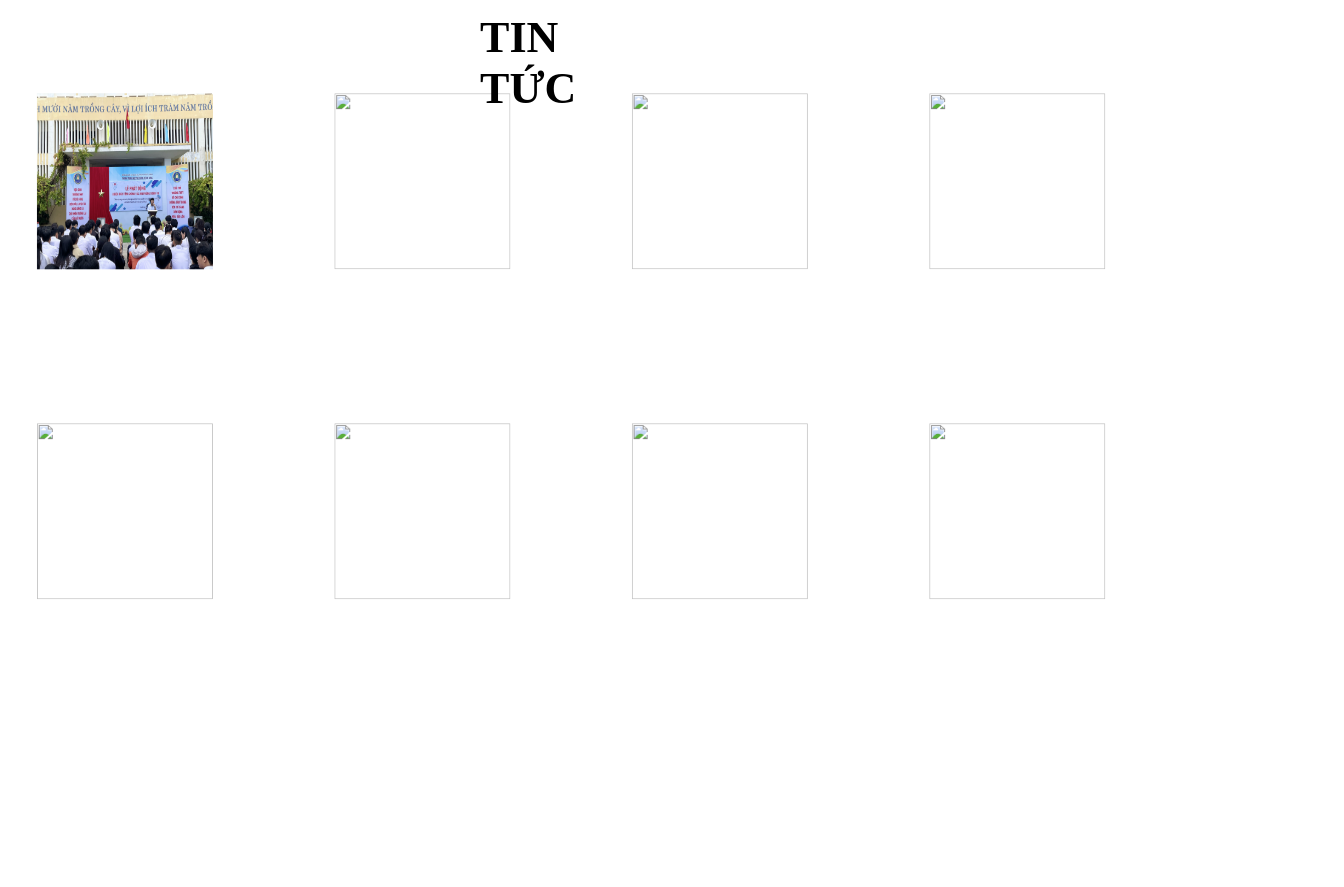
Repository: dphasst17/THPTVCC
Page: new/new_content/new_content_home.html
The author's editor kept a copy of each file at every save. The page is drawn from the files as they stood at one save, then again after the next save.
The browser window is 1280 px wide. The page is 1527 px wide, so the pictures cover 1527 px, including what lies to the right of the window. The pictures show the whole page, at 88% of full size.

Above is the page before, as saved 2022-10-13 09:42:15.

After the next save:
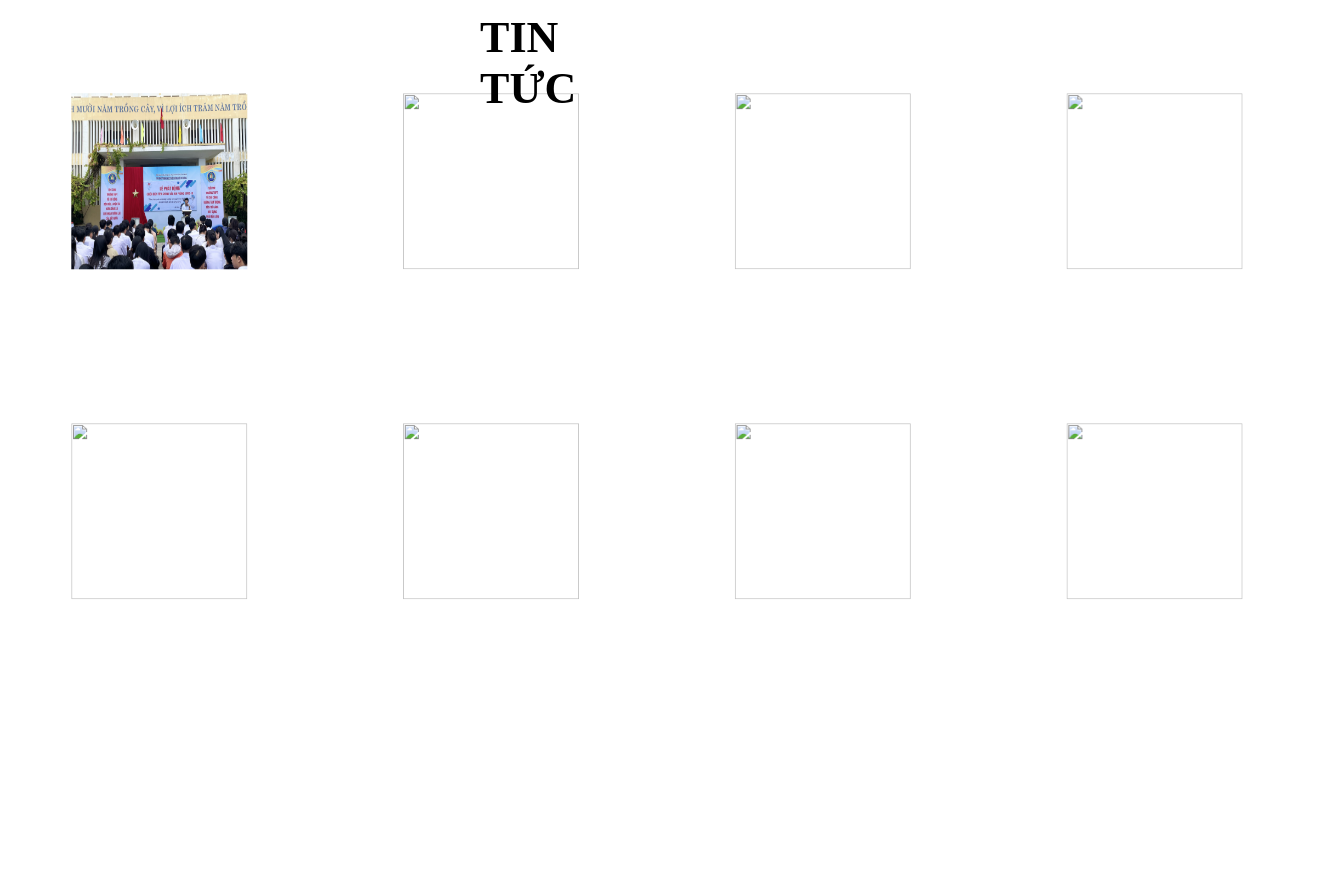
Saved 84 s later.
--- a/new/new_content/new_content_home.html
+++ b/new/new_content/new_content_home.html
@@ -30,7 +30,7 @@
             height:350px;
             display:inline-flex;
             margin-top:25px;
-            margin-left:34px;
+            margin-left:72.9px;
             flex-wrap: wrap;
             align-content: center;
         }
